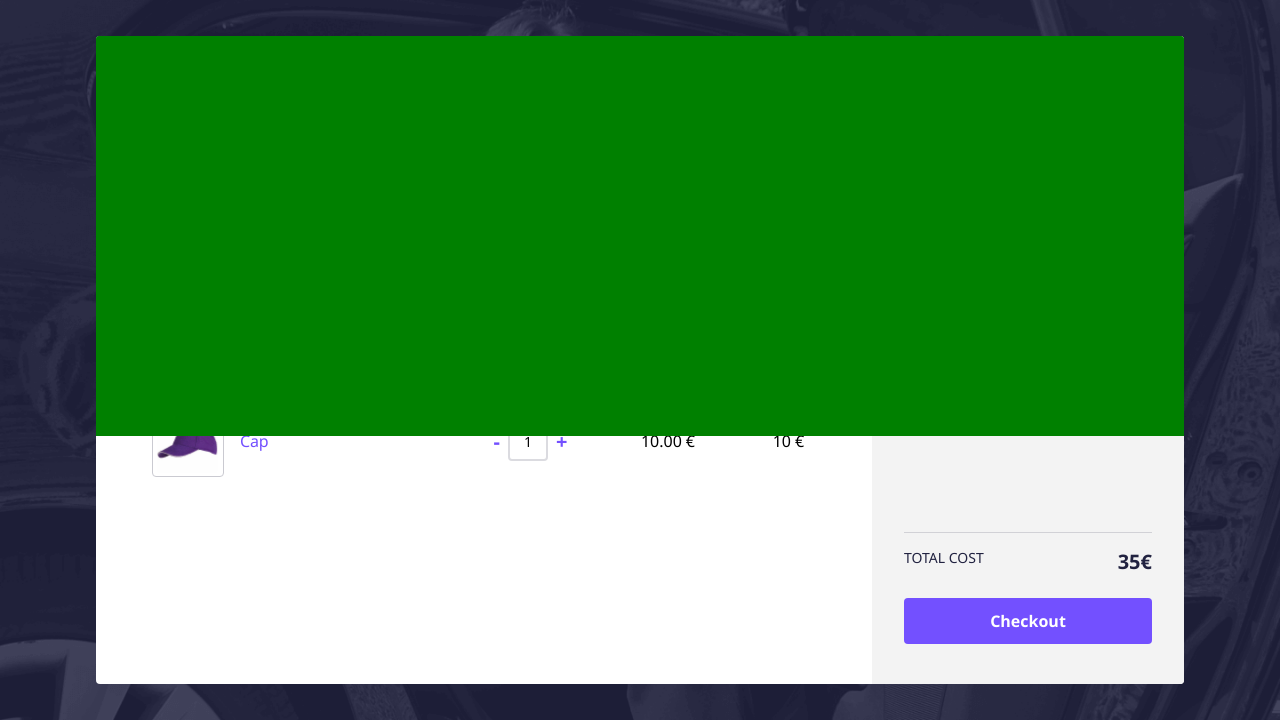
Repository: banchiec/challengecbfy
Page: /
The author's editor kept a copy of each file at every save. The page is drawn from the files as they stood at one save, then again after the next save.
The browser window is 1280 px wide. The pictures show the whole page.
Some web fonts or font styles are not loaded; a fallback is used. The project was rebuilt for these pictures with package versions that can differ from the ones it lists, and the page was loaded fresh each time. Also part of the build but not shown: craco.config.js.

Above is the page before, as saved 2021-12-11 01:17:36.

After the next save:
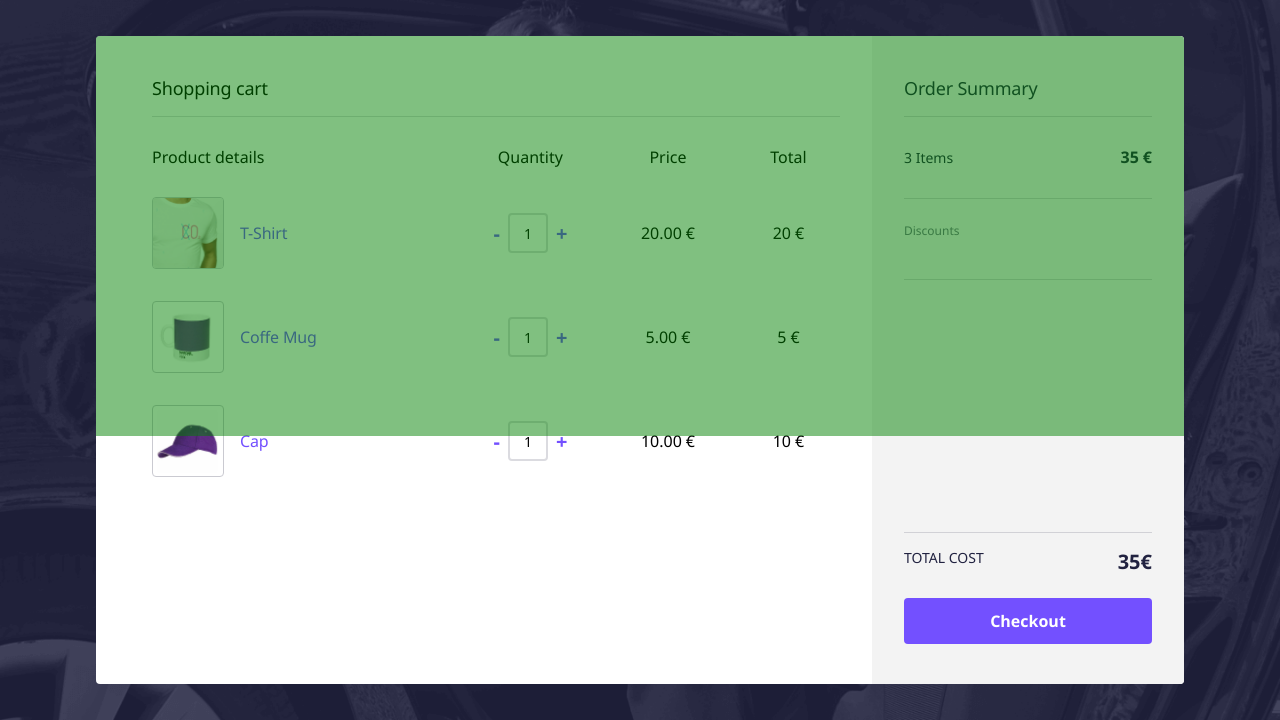
Saved 31 s later.
--- a/src/App.css
+++ b/src/App.css
@@ -495,6 +495,7 @@ input {
   height: 400px;
   z-index: 1;
   background-color: green;
+  opacity: .5;
   /* left: 176px; */
   /* top: 126px; */
   border: 1px solid green;
